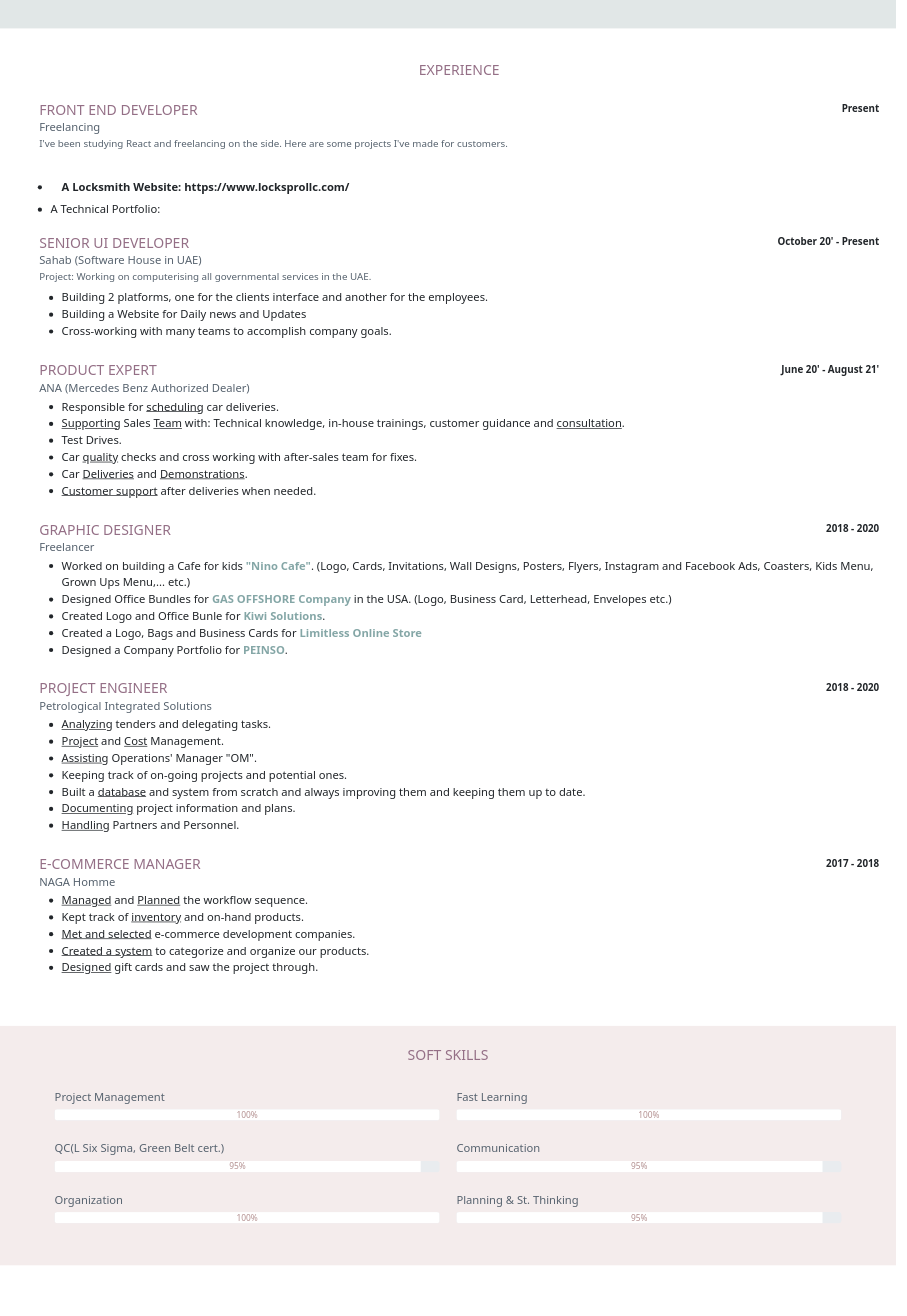
Repository: aya7abbal/my-old-portfolio
Page: resume.html
These files come from the project's save history. The page is drawn as it stood at one moment and after the next save; the edit follows.
The browser window is 1280 px wide. The page is 1296 px wide, so the pictures cover 1296 px, including what lies to the right of the window. The pictures show the part of the page from y = 1211 to 3091 px (the page is 3091 px tall before and 3059 px after), at 70% of full size.
Some web fonts or font styles are not loaded; a fallback is used. Some web libraries are served in a nearby version. The style sheet was rebuilt from its Sass, Less or Tailwind sources for each picture, by a compiler version that may differ from the author's.

Above is the page before, as saved 2022-07-07 23:56:26.

After the next save:
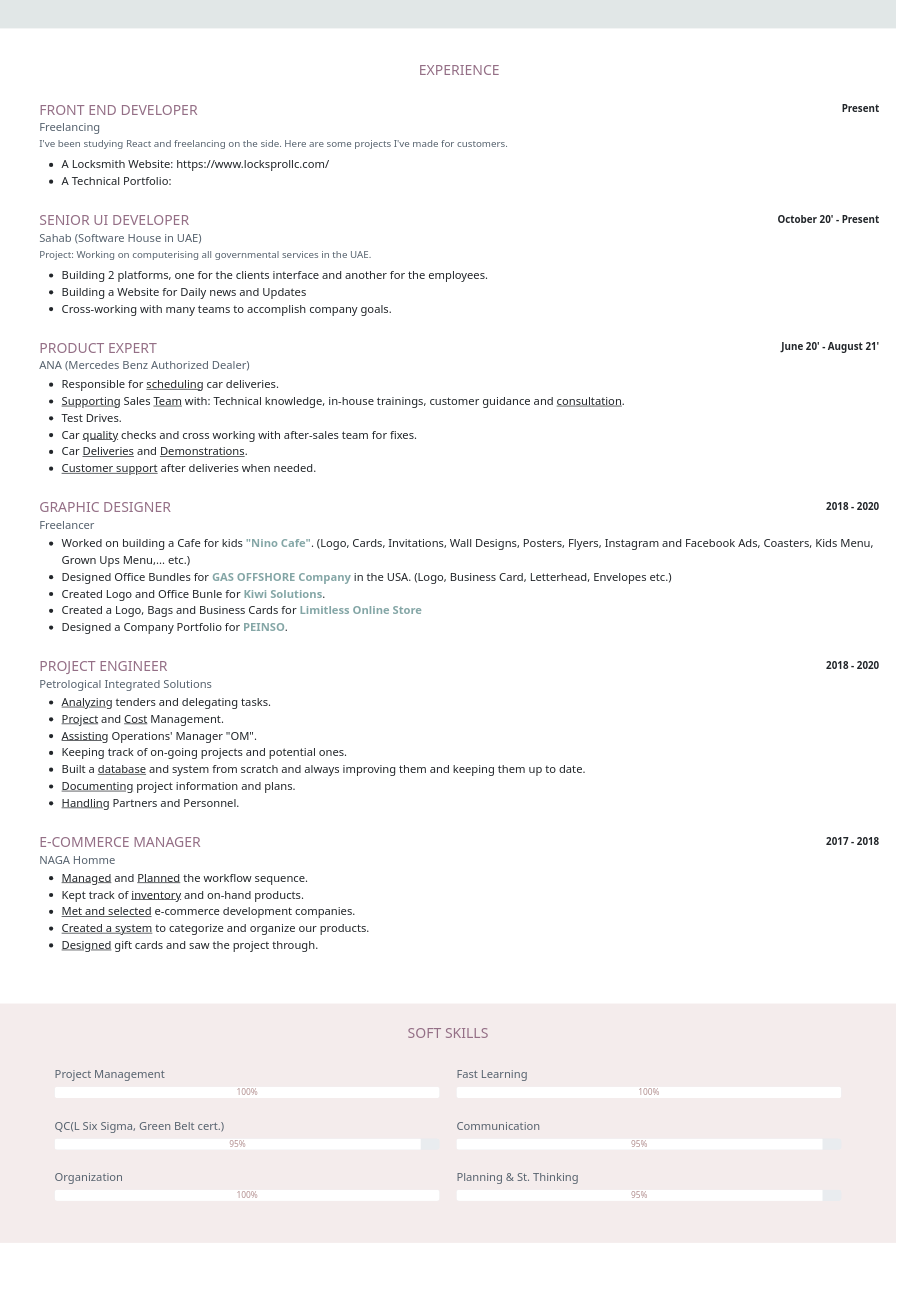
Saved 8 s later.
--- a/resume.html
+++ b/resume.html
@@ -358,7 +358,7 @@
 
                 <h6><small>I've been studying React and freelancing on the side. Here are some projects I've made for customers.</small> </h6>
                 <ul class="exp">
-                    <li>A Locksmith Website: https://www.locksprollc.com/</a> </li>
+                    <li>A Locksmith Website: https://www.locksprollc.com/ </li>
                     <li>A Technical Portfolio: </li>
                 </ul>
             </a>
